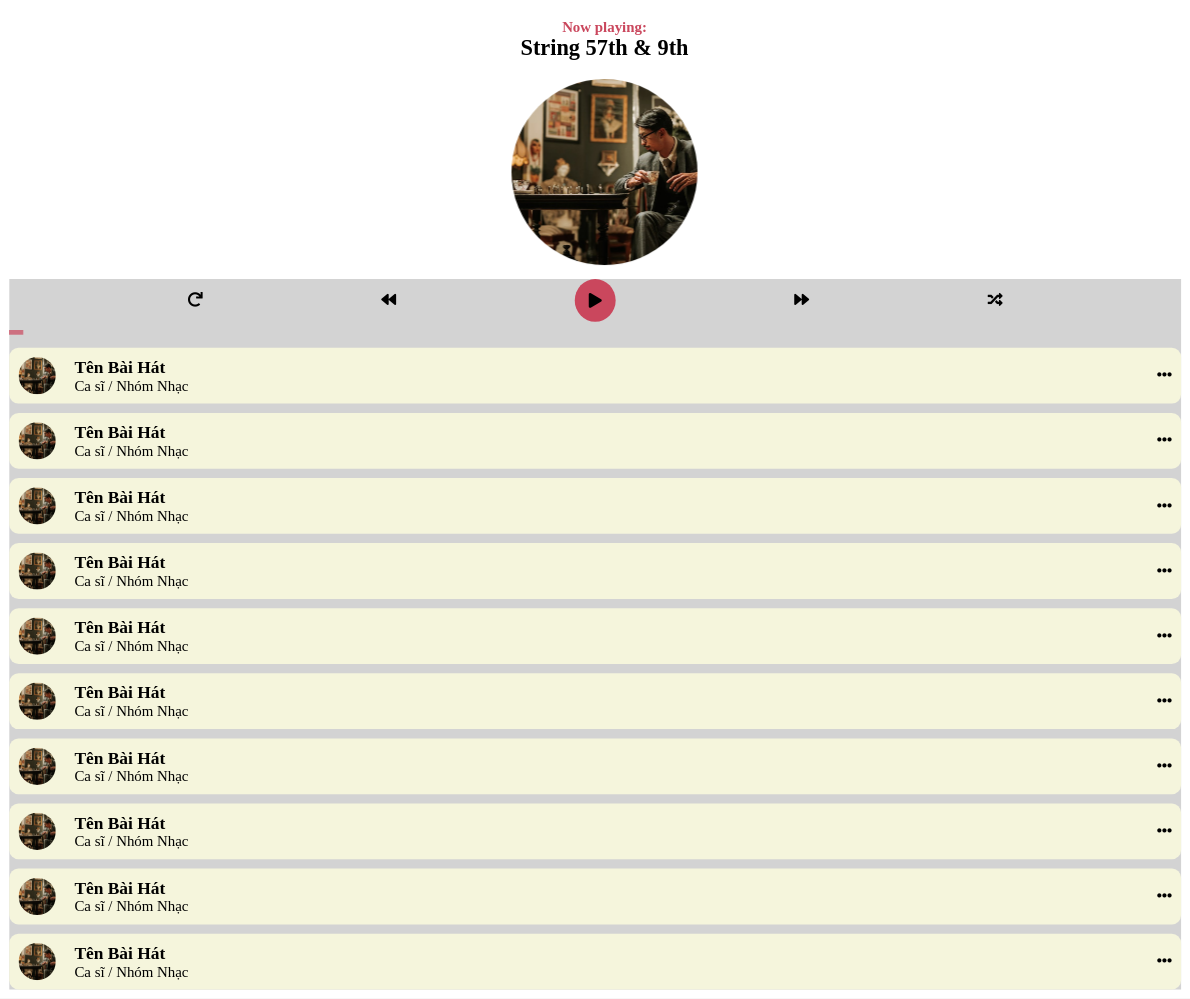
Repository: dovanthao2404/AppMusicPlayer
Page: index.html
An editor plug-in stored every save of this project. The page is shown before and after the next save, followed by the edit.
The browser window is 1280 px wide. The pictures show the whole page, at 93% of full size.

Above is the page before, as saved 2021-06-28 11:13:10.

After the next save:
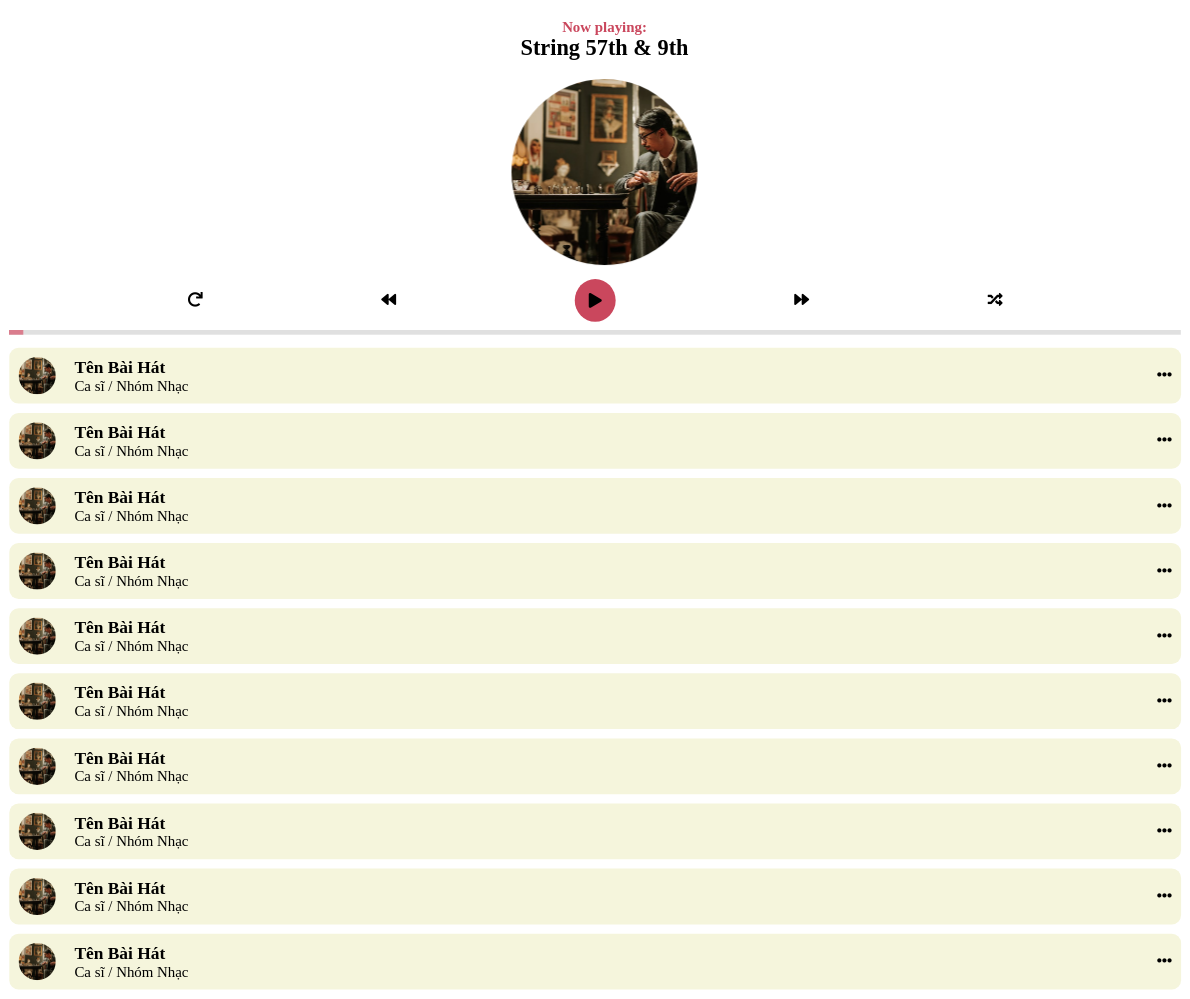
Saved 8 s later.
--- a/css/app.css
+++ b/css/app.css
@@ -6,7 +6,6 @@
 }
 /* PLAYER */
 .dashboards {
-  background-color: #d3d3d3;
   margin: 0 10px;
 }
 header {
